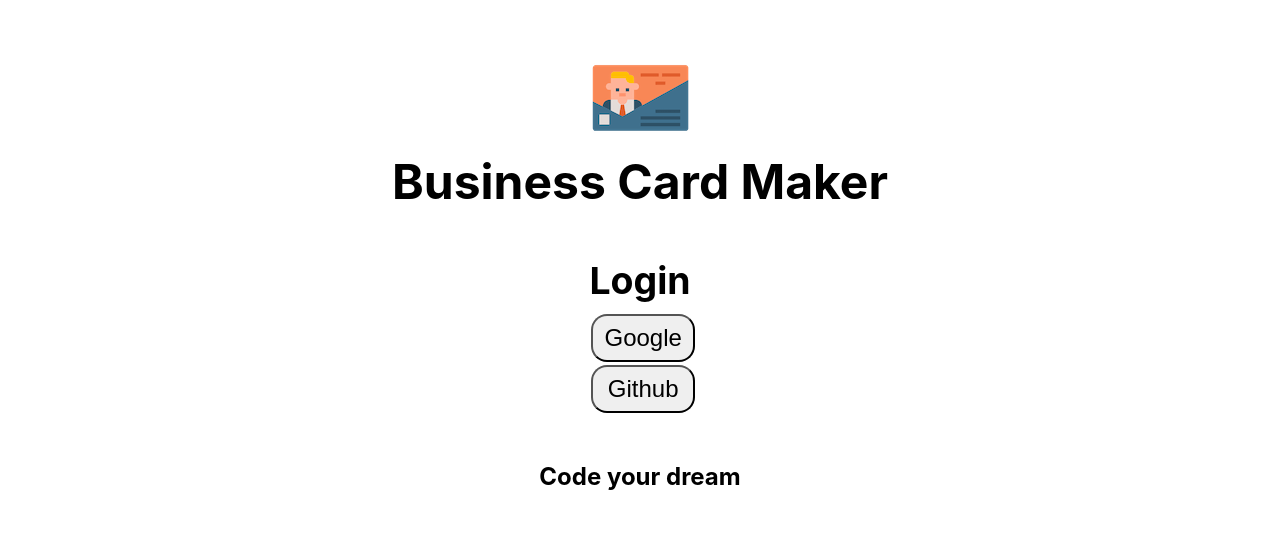
Repository: gomgomigom/firebase_practice_card_maker
Page: /
These files come from the project's save history. The page is drawn as it stood at one moment and after the next save; the edit follows.
The browser window is 1280 px wide. The pictures show the whole page.
The project was rebuilt for these pictures with package versions that can differ from the ones it lists, and the page was loaded fresh each time. Some packages were replaced by stand-ins written for this rebuild. Settings that the repository does not hold, such as keys and server addresses, were given made-up values.

Above is the page before, as saved 2022-01-21 14:06:37.

### public/index.html
<!DOCTYPE html>
<html lang="en">
  <head>
    <meta charset="utf-8" />
    <link rel="icon" href="./images/logo.png" />
    <meta name="viewport" content="width=device-width, initial-scale=1" />
    <meta name="theme-color" content="#000000" />
    <meta
      name="description"
      content="Web site created using create-react-app"
    />
    <title>Card-Maker</title>
  </head>
  <body>
    <noscript>You need to enable JavaScript to run this app.</noscript>
    <div id="root"></div>
  </body>
</html>

### src/index.js
import React from 'react';
import ReactDOM from 'react-dom';
import './index.module.css';
import App from './app';
import AuthService from './service/auth_service';

const authService = new AuthService();
ReactDOM.render(
  <React.StrictMode>
    <App authService={authService} />
  </React.StrictMode>,
  document.getElementById('root')
);

### src/app.js
import './app.css';
import Login from './components/login/login';

function App({ authService }) {
  return (
    <h1>
      <Login authService={authService} />
    </h1>
  );
}

export default App;

### src/service/auth_service.js
import firebase from 'firebase';
import firebaseApp from './firebase';

class AuthService {
  login(providerName) {
    const authProvider = new firebase.auth[`${providerName}AuthProvider`]();
    return firebaseApp.auth().signInWithPopup(authProvider);
  }
}
export default AuthService;

### src/components/login/login.jsx
import React from 'react';
import Footer from '../footer/footer';
import Header from '../header/header';
import styles from './login.module.css';

const Login = ({ authService }) => {
  const onLogin = (event) => {
    authService //
      .login(event.currentTarget.textContent)
      .then(console.log);
  };

  return (
    <section className={styles.login}>
      <Header />
      <section className={styles.loginList}>
        <h1 className={styles.title}>Login</h1>
        <ul>
          <li>
            <button className={styles.button} onClick={onLogin}>
              Google
            </button>
          </li>
          <li>
            <button className={styles.button} onClick={onLogin}>
              Github
            </button>
          </li>
        </ul>
      </section>
      <Footer />
    </section>
  );
};

export default Login;

### src/service/firebase.js
import firebase from 'firebase';

const firebaseConfig = {
  apiKey: process.env.REACT_APP_FIREBASE_API_KEY,
  authDomain: process.env.REACT_APP_FIREBASE_AUTH_DOMAIN,
  projectId: process.env.REACT_APP_FIREBASE_PROJECT_ID,
  storageBucket: process.env.REACT_APP_FIREBASE_STORAGE_BUCKET,
};

const firebaseApp = firebase.initializeApp(firebaseConfig);

export default firebaseApp;

### src/components/footer/footer.jsx
import React from 'react';
import styles from './footer.module.css';

const Footer = (props) => {
  return (
    <footer className={styles.footer}>
      <h1 className={styles.title}>Code your dream</h1>
    </footer>
  );
};
export default Footer;

### src/components/header/header.jsx
import React from 'react';
import styles from './header.module.css';

const Header = ({ onLogout }) => {
  return (
    <header className={styles.header}>
      {onLogout && (
        <button className={styles.logout} onClick={onLogout}>
          Logout
        </button>
      )}
      <img className={styles.logo} src='/images/logo.png' alt='logo' />
      <h1 className={styles.title}>Business Card Maker</h1>
    </header>
  );
};

export default Header;

### src/components/login/login.module.css
@value makerGrey from '../../common/colors.css';
@value makerWhite from '../../common/colors.css';
@value makerGreen from '../../common/colors.css';

.login {
  display: flex;
  flex-direction: column;
  align-items: center;
  justify-content: center;
  background-color: makerGrey;
  padding: 2rem;
}

.loginList {
  width: 40rem;
  height: 14rem;
  flex-direction: column;
  display: flex;
  align-items: center;
  justify-content: center;
  background-color: makerWhite;
}

li {
  list-style: none;
  display: block;
}

ul {
  margin: 0;
  padding: 0;
}

.title {
  margin: 0.5rem;
}

.button {
  display: block;
  border: 2px solid makerGreen;
  border-radius: 1rem;
  width: 100%;
  font-size: 1.5rem;
  padding: 0.5rem;
  margin: 0.2rem;
  cursor: pointer;
}

### src/components/footer/footer.module.css
@value makerGreen from '../../common/colors.css';
@value makerWhite from '../../common/colors.css';

.footer {
  height: 4rem;
  width: 40rem;
  display: flex;
  align-items: center;
  justify-content: center;
  background-color: makerGreen;
}

.title {
  font-size: 1.5rem;
  color: makerWhite;
}

### src/components/header/header.module.css
@value makerBlack from '../../common/colors.css';
@value makerGreen from '../../common/colors.css';
@value makerWhite from '../../common/colors.css';
@value makerWheat from '../../common/colors.css';

.header {
  width: 100%;
  display: flex;
  flex-wrap: wrap;
  flex-direction: column;
  justify-content: center;
  align-items: center;
  font-size: 2rem;
  background-color: makerGreen;
}

.logo {
  margin: 0.6rem;
}

.title {
  color: makerWhite;
  margin: 0.6rem;
}

Loaded but not shown: src/index.module.css (common file); src/app.css (common file)

After the next save:
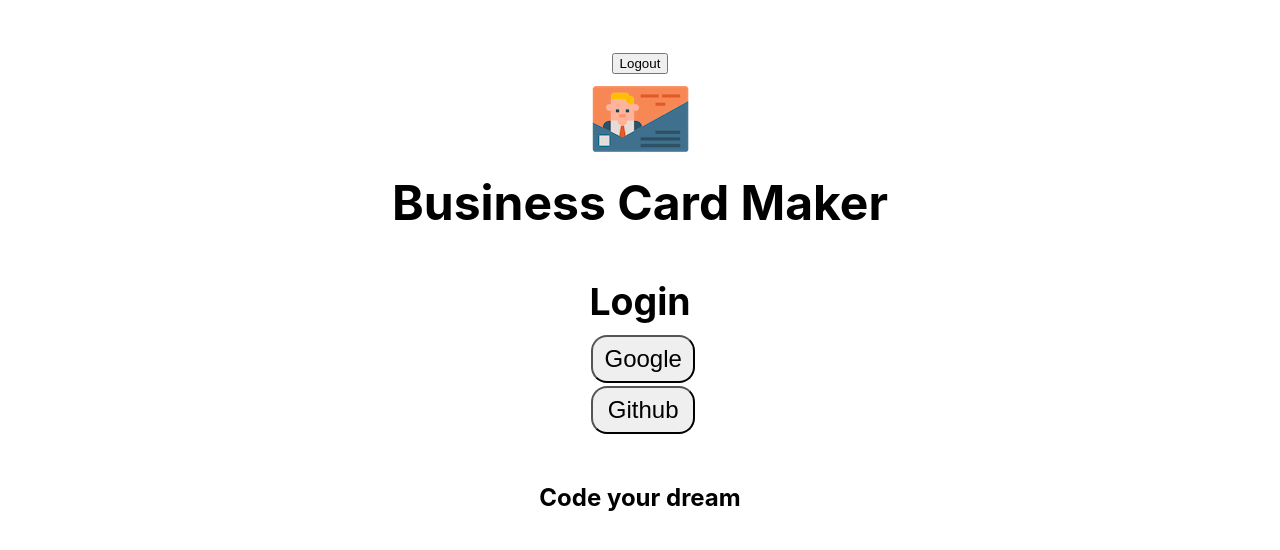
Saved 69 s later.
--- a/src/components/header/header.jsx
+++ b/src/components/header/header.jsx
@@ -4,7 +4,7 @@ import styles from './header.module.css';
 const Header = ({ onLogout }) => {
   return (
     <header className={styles.header}>
-      {onLogout && (
+      {true && (
         <button className={styles.logout} onClick={onLogout}>
           Logout
         </button>

After the save that followed:
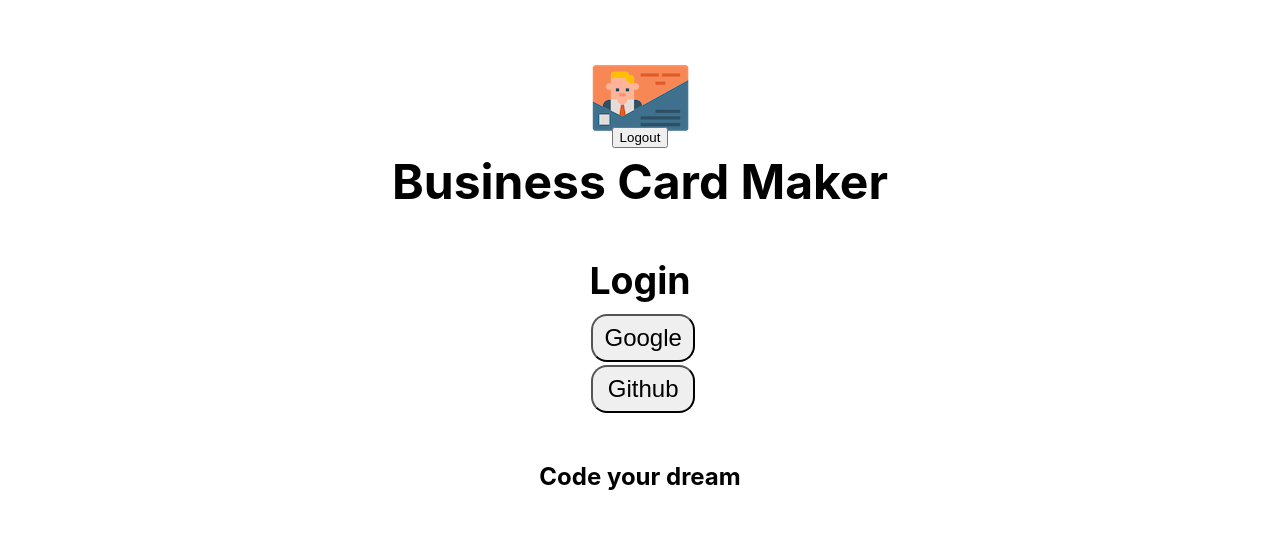
Saved 3 min 33 s later.
--- a/src/components/header/header.module.css
+++ b/src/components/header/header.module.css
@@ -22,3 +22,7 @@
   color: makerWhite;
   margin: 0.6rem;
 }
+
+.logout {
+  position: absolute;
+}
